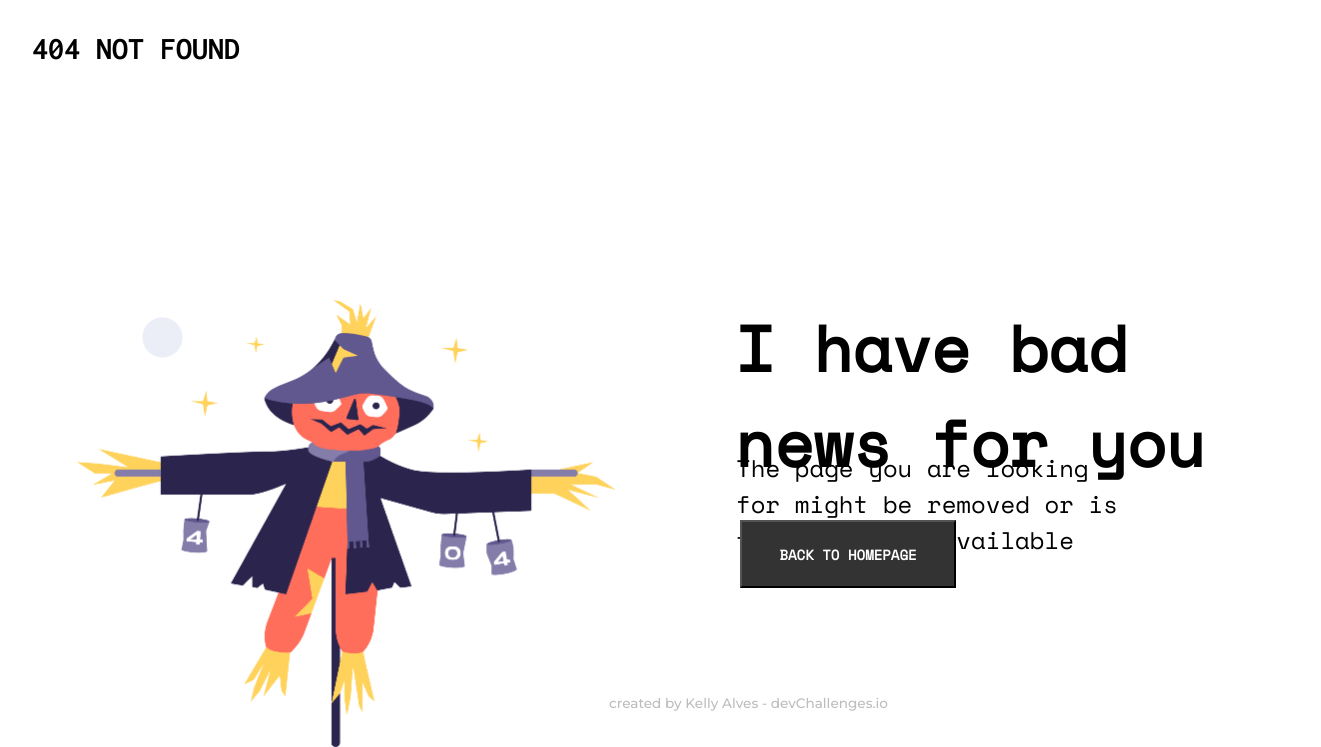
Repository: kellyalves87/404_not_found
Page: index.html
These files come from the project's save history. The page is drawn as it stood at one moment and after the next save; the edit follows.
The browser window is 1280 px wide. The page is 1321 px wide, so the pictures cover 1321 px, including what lies to the right of the window. The pictures show the whole page.

Above is the page before, as saved 2021-05-16 17:18:30.

### index.html
<!DOCTYPE html>
<html lang="en">

<head>
  <meta charset="utf-8" />
  <meta name="viewport" content="width=device-width, initial-scale=1,
  maximum-scale=5" />
  <link rel="icon" href="./assets/devchallenges.png" />
  <link rel="shortcut icon" type="image/x-icon" href="https://devchallenges.io/" />
  <link rel="preconnect" href="https://fonts.gstatic.com">
<link href="https://fonts.googleapis.com/css2?family=Inconsolata:wght@700&family=Montserrat:wght@500&family=Space+Mono:ital,wght@0,400;1,700&display=swap" rel="stylesheet">
  <link rel="stylesheet" href="./style/index.css">
  <link rel="stylesheet" href="./style/reset.css">
  <title>Devchallenges</title>
</head>

<header class="header">
  <h1>404 not found</h1>
</header>

<body>
  <section class="content">
    <img src="./assets/Scarecrow.png" alt="straw man">
    <h1>I have bad news for you</h1>
    <p>The page you are looking for might be removed or is temporarily unavailable</p>
  </section>
  <div class="button">
    <button type="button">back to homepage</button>
  </div>
    <footer class="footer">
      <a href="https://github.com/kellyalves87">created by Kelly Alves - <a href="https://devchallenges.io/">devChallenges.io</a>
    </footer>
</body>

</html>

### style/index.css
/*Desktop*/
.header h1 {
  font-family: Inconsolata, sans-serif;
  font-style: normal;
  font-weight: bold;
  text-transform: uppercase;
}

.content img {
  position: absolute;
  height: 447.4263916015625px;
  width: 539.2236938476562px;
  left: 77px;
  top: 150px;
  border-radius: 0px;
}

.header,
.content,
.button,
.footer {
  margin: 2rem;
}

.content h1,
p,
button {
  font-family: Space Mono, sans-serif;
}

.content h1,
button {
  font-weight: 700;
}

.content h1 {
  font-size: 4rem;
  font-weight: 700;
  width: 586px;
  height: 190px;
  left: 735px;
  top: 150px;
  position: absolute;
}

.content p {
  font-size: 1.5rem;
  font-weight: 400;
  position: absolute;
  width: 384px;
  height: 108px;
  left: 736px;
  top: 350px;
}

button {
  color: #ffffff;
  cursor: pointer;
  background-color: #333333;
  font-size: 14px;
  position: absolute;
  width: 216px;
  height: 68px;
  left: 740px;
  top: 480px;
  text-transform: uppercase;
}

.footer {
  font-size: 0.85rem;
  position: absolute;
  width: 287px;
  height: 17px;
  left: 577px;
  top: 663px;
}

.footer a {
  color: #bdbdbd;
  font-family: Montserrat, sans-serif;
  text-decoration: none;
}

/* Mobile */
@media only screen and (max-width: 414px) {
  body {
    display: flex;
    flex-direction: column;
  }

  .header h1 {
    font-family: inconsolata, sans-serif;
    font-size: 1rem;
    text-transform: uppercase;
  }

  .content img {
    height: 220.000015px;
    width: 250.829834px;
    left: 44px;
    top: 80px;
    border-radius: 0px;
  }

  .header,
  .content,
  .button,
  .footer {
    margin: 1rem;
  }

  .content h1,
  p,
  button {
    font-family: Space Mono, sans-serif;
    position: absolute;
  }

  .content h1,
  button {
    font-weight: 700;
  }

  .content h1 {
    font-size: 2.5rem;
    letter-spacing: -0.035em;
    width: 344px;
    height: 142px;
    left: 24px;
    top: 325px;
  }

  .content p {
    font-size: 1.125rem;
    font-weight: 400;
    letter-spacing: -0.035em;
    width: 328px;
    height: 81px;
    left: 23px;
    top: 450px;
  }

  button {
    color: #ffffff;
    cursor: pointer;
    background-color: #333333;
    font-size: 0.875rem;
    width: 180px;
    height: 60px;
    left: 24px;
    top: 540px;
    text-transform: uppercase;
  }

  .footer {
    font-size: 0.85rem;
    left: 18px;
    top: 610px;
  }
  .footer a {
    color: #bdbdbd;
    font-family: Montserrat, sans-serif;
    text-decoration: none;
  }
}

/*Tablet*/

@media only screen and (min-width: 768px) {
  .header h1 {
    font-family: Inconsolata, sans-serif;
    font-style: normal;
    font-weight: bold;
    text-transform: uppercase;
  }

  .content img {
    top: 300px;
  }
  .content h1 {
    top: 300px;
  }

  .content p {
    top: 450px;
  }

  button {
    top: 520px;
  }

  .footer {
    font-size: 0.85rem;
    position: absolute;
    width: 287px;
    height: 17px;
    left: 577px;
    top: 663px;
  }

  .footer a {
    color: #bdbdbd;
    font-family: Montserrat, sans-serif;
    text-decoration: none;
  }
}

Loaded but not shown: style/reset.css (common file)

After the next save:
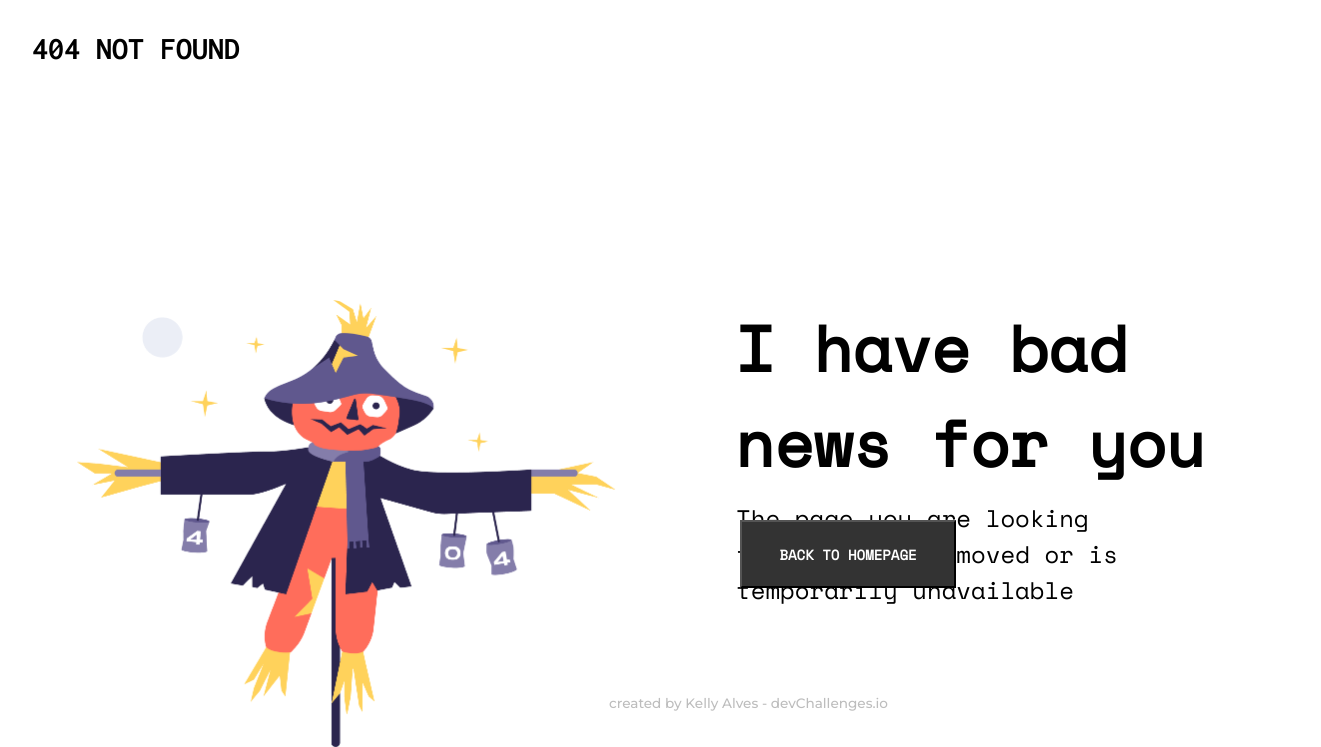
Saved 33 s later.
--- a/style/index.css
+++ b/style/index.css
@@ -182,7 +182,7 @@ button {
   }
 
   .content p {
-    top: 450px;
+    top: 500px;
   }
 
   button {
